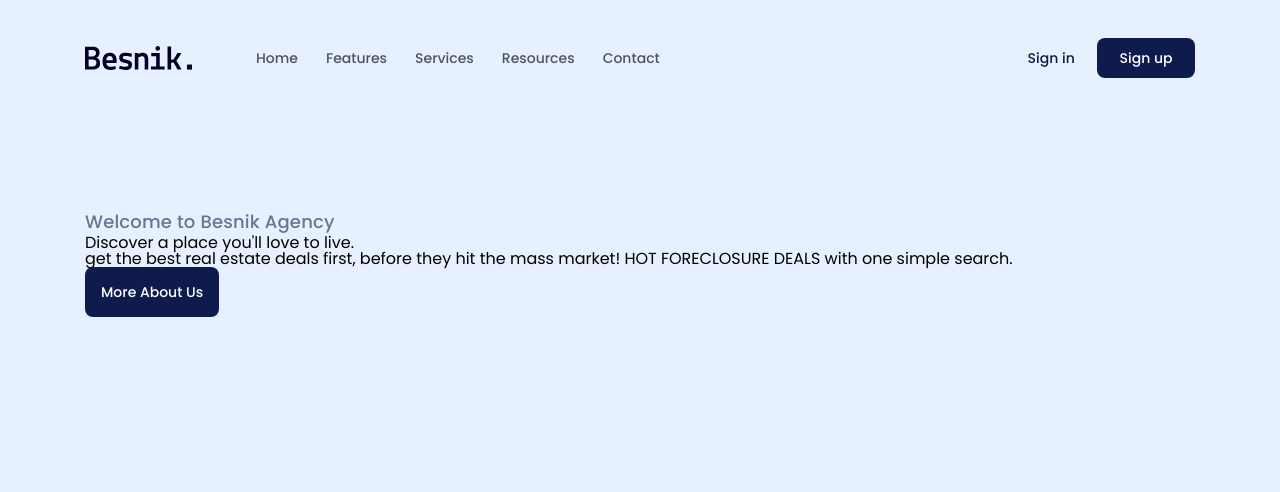
Repository: vancong171001/f8-html-css-01
Page: index.html
An editor plug-in stored every save of this project. The page is shown before and after a run of saves, followed by the edit.
The browser window is 1280 px wide. The pictures show the whole page.

Above is the page before, as saved 2025-02-18 16:27:36.

### index.html
<!DOCTYPE html>
<html lang="en">

<head>
  <meta charset="UTF-8">
  <meta name="viewport" content="width=device-width, initial-scale=1.0">
  <title>Project 01</title>
  <link rel="stylesheet" href="./assets/css/reset.css">
  <link rel="stylesheet" href="./assets/fonts/stylesheet.css">
  <link rel="stylesheet" href="./assets/css/styles.css">
</head>

<body>
  <main>
    <header class="header">
      <div class="content">
        <nav class="navbar">
          <!-- Logo -->
          <img src="./assets/img/logo.svg" alt="Besnik.">

          <!-- Navigation -->
          <ul>
            <li><a href="#!">Home</a></li>
            <li><a href="#!">Features</a></li>
            <li><a href="#!">Services</a></li>
            <li><a href="#!">Resources</a></li>
            <li><a href="#!">Contact</a></li>
          </ul>

          <!-- Action -->
          <div class="action">
            <a href="#!" class="action-link">Sign in</a>
            <a href="#!" class="btn action-btn">Sign up</a>
          </div>
        </nav>

        <div class="hero">
          <div class="info">
            <p class="sub-title">Welcome to Besnik Agency</p>
            <h1 class="title">Discover a place you'll love to live.</h1>
            <p class="desc">get the best real estate deals first, before they hit the mass market! HOT FORECLOSURE DEALS
              with one simple search.</p>
            <a href="#!" class="btn">More About Us</a>
          </div>
        </div>
      </div>
    </header>
  </main>
</body>

</html>

### assets/fonts/stylesheet.css
/* =============== Poppins ================ */
@font-face {
  font-family: 'Poppins';
  src: url('Poppins/Poppins-BoldItalic.woff2') format('woff2'),
      url('Poppins/Poppins-BoldItalic.woff') format('woff');
  font-weight: bold;
  font-style: italic;
  font-display: swap;
}

@font-face {
  font-family: 'Poppins';
  src: url('Poppins/Poppins-ExtraBold.woff2') format('woff2'),
      url('Poppins/Poppins-ExtraBold.woff') format('woff');
  font-weight: bold;
  font-style: normal;
  font-display: swap;
}

@font-face {
  font-family: 'Poppins';
  src: url('Poppins/Poppins-ExtraBoldItalic.woff2') format('woff2'),
      url('Poppins/Poppins-ExtraBoldItalic.woff') format('woff');
  font-weight: bold;
  font-style: italic;
  font-display: swap;
}

@font-face {
  font-family: 'Poppins';
  src: url('Poppins/Poppins-Bold.woff2') format('woff2'),
      url('Poppins/Poppins-Bold.woff') format('woff');
  font-weight: bold;
  font-style: normal;
  font-display: swap;
}

@font-face {
  font-family: 'Poppins';
  src: url('Poppins/Poppins-Black.woff2') format('woff2'),
      url('Poppins/Poppins-Black.woff') format('woff');
  font-weight: 900;
  font-style: normal;
  font-display: swap;
}

@font-face {
  font-family: 'Poppins';
  src: url('Poppins/Poppins-BlackItalic.woff2') format('woff2'),
      url('Poppins/Poppins-BlackItalic.woff') format('woff');
  font-weight: 900;
  font-style: italic;
  font-display: swap;
}

@font-face {
  font-family: 'Poppins';
  src: url('Poppins/Poppins-ExtraLightItalic.woff2') format('woff2'),
      url('Poppins/Poppins-ExtraLightItalic.woff') format('woff');
  font-weight: 200;
  font-style: italic;
  font-display: swap;
}

@font-face {
  font-family: 'Poppins';
  src: url('Poppins/Poppins-Light.woff2') format('woff2'),
      url('Poppins/Poppins-Light.woff') format('woff');
  font-weight: 300;
  font-style: normal;
  font-display: swap;
}

@font-face {
  font-family: 'Poppins';
  src: url('Poppins/Poppins-Italic.woff2') format('woff2'),
      url('Poppins/Poppins-Italic.woff') format('woff');
  font-weight: normal;
  font-style: italic;
  font-display: swap;
}

@font-face {
  font-family: 'Poppins';
  src: url('Poppins/Poppins-LightItalic.woff2') format('woff2'),
      url('Poppins/Poppins-LightItalic.woff') format('woff');
  font-weight: 300;
  font-style: italic;
  font-display: swap;
}

@font-face {
  font-family: 'Poppins';
  src: url('Poppins/Poppins-Medium.woff2') format('woff2'),
      url('Poppins/Poppins-Medium.woff') format('woff');
  font-weight: 500;
  font-style: normal;
  font-display: swap;
}

@font-face {
  font-family: 'Poppins';
  src: url('Poppins/Poppins-ExtraLight.woff2') format('woff2'),
      url('Poppins/Poppins-ExtraLight.woff') format('woff');
  font-weight: 200;
  font-style: normal;
  font-display: swap;
}

@font-face {
  font-family: 'Poppins';
  src: url('Poppins/Poppins-MediumItalic.woff2') format('woff2'),
      url('Poppins/Poppins-MediumItalic.woff') format('woff');
  font-weight: 500;
  font-style: italic;
  font-display: swap;
}

@font-face {
  font-family: 'Poppins';
  src: url('Poppins/Poppins-SemiBold.woff2') format('woff2'),
      url('Poppins/Poppins-SemiBold.woff') format('woff');
  font-weight: 600;
  font-style: normal;
  font-display: swap;
}

@font-face {
  font-family: 'Poppins';
  src: url('Poppins/Poppins-ThinItalic.woff2') format('woff2'),
      url('Poppins/Poppins-ThinItalic.woff') format('woff');
  font-weight: 100;
  font-style: italic;
  font-display: swap;
}

@font-face {
  font-family: 'Poppins';
  src: url('Poppins/Poppins-SemiBoldItalic.woff2') format('woff2'),
      url('Poppins/Poppins-SemiBoldItalic.woff') format('woff');
  font-weight: 600;
  font-style: italic;
  font-display: swap;
}

@font-face {
  font-family: 'Poppins';
  src: url('Poppins/Poppins-Thin.woff2') format('woff2'),
      url('Poppins/Poppins-Thin.woff') format('woff');
  font-weight: 100;
  font-style: normal;
  font-display: swap;
}

@font-face {
  font-family: 'Poppins';
  src: url('Poppins/Poppins-Regular.woff2') format('woff2'),
      url('Poppins/Poppins-Regular.woff') format('woff');
  font-weight: normal;
  font-style: normal;
  font-display: swap;
}

### assets/css/styles.css
* {
  box-sizing: border-box;
}

:root {
  --primary-color: #0f1b4c;
}

html {
  font-size: 62.5%;
}

body {
  font-size: 1.6rem;
  font-family: "Poppins", "sans-serif";
}

/* Common */
a {
  text-decoration: none;
}

.content {
  width: 1110px;
  max-width: calc(100% - 48px);
  margin-left: auto;
  margin-right: auto;
}

.btn {
  display: inline-block;
  padding: 18px 16px;
  min-width: 98px;
  border-radius: 8px;
  background-color: var(--primary-color);
  font-weight: 500;
  font-size: 1.4rem;
  text-align: center;
  color: white;
}

.btn:hover {
  opacity: 0.9;
}

/* Header */
.header {
  background-color: #e6f0ff;
  height: 100vh;
}

.navbar {
  display: flex;
  align-items: center;
  padding-top: 38px;
}

.navbar ul {
  display: flex;
  margin-left: 50px;
}

.navbar .action {
  margin-left: auto;
}

.navbar ul a {
  font-weight: 500;
  font-size: 1.4rem;
  color: #4f5361;
  padding: 8px 14px;
}

.navbar ul a:hover {
  text-decoration: underline;
}

.navbar .action-link {
  font-weight: 500;
  font-size: 1.4rem;
  color: var(--primary-color);
}

.navbar .action-btn {
  padding: 13px 16px;
  margin-left: 18px;
}

.hero {
  margin-top: 130px;
}

.hero .sub-title {
  color: #687690;
  font-size: 1.8rem;
  font-weight: 500;
  line-height: 1.5;
  letter-spacing: 0.01em;
}

.hero .title {

}

Loaded but not shown: assets/css/reset.css (common file)

After the next 3 saves:
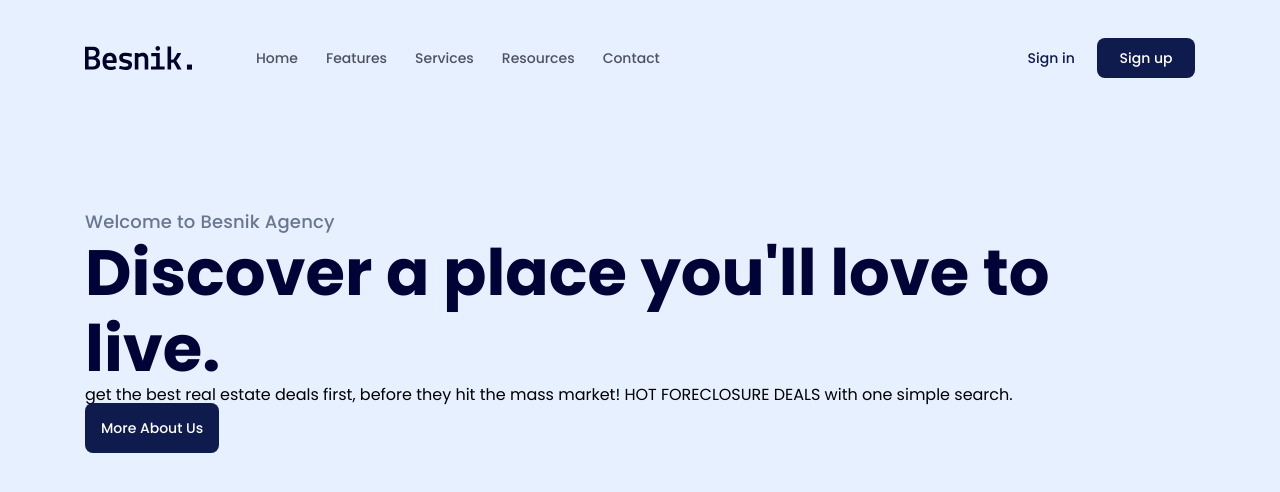
The 3 saves are shown as one change because they came seconds apart.
The last was saved 11 s later.
--- a/assets/css/styles.css
+++ b/assets/css/styles.css
@@ -99,5 +99,8 @@
 }
 
 .hero .title {
-
+  color: #000336;
+  font-size: 64px;
+  font-weight: 700;
+  line-height: 76px; /* 118.75% */
 }
